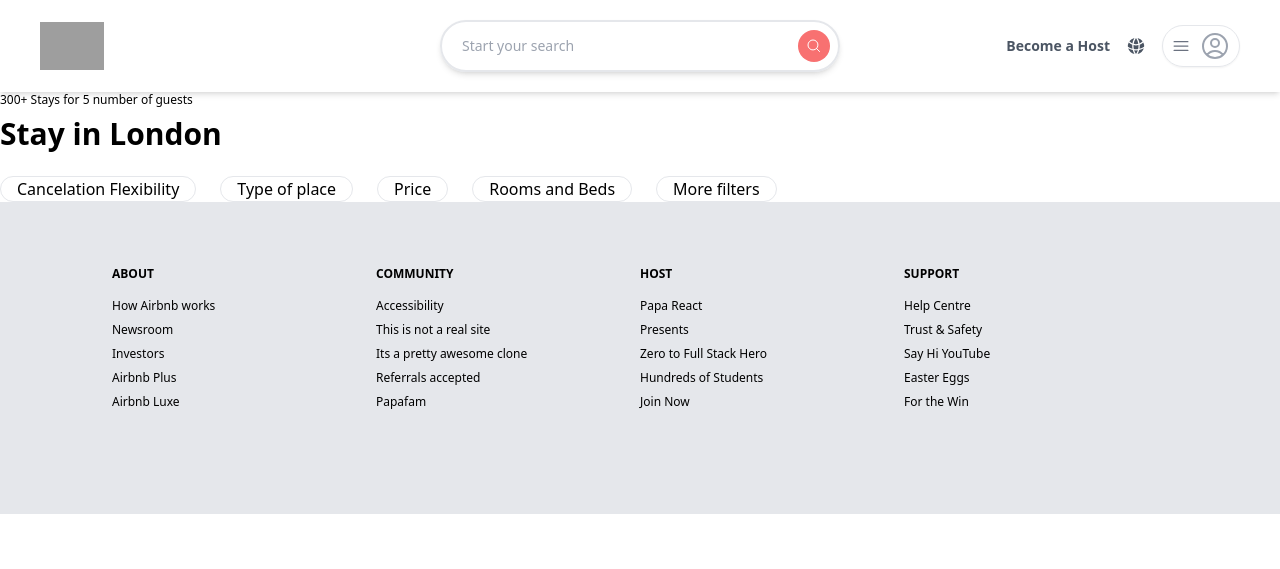
Repository: lakshithapramodya/airbnb
Page: /search
These files come from the project's save history. The page is drawn as it stood at one moment and after the next save; the edit follows.
The browser window is 1280 px wide. The pictures show the whole page.
Pictures or frames that could not be fetched are drawn as grey boxes. The project was rebuilt for these pictures with package versions that can differ from the ones it lists, and the page was loaded fresh each time. The framework's server and built-in components were replaced by stand-ins that run in the browser. Also part of the build but not shown: next.config.js.

Above is the page before, as saved 2022-10-19 12:37:43.

After the next save:
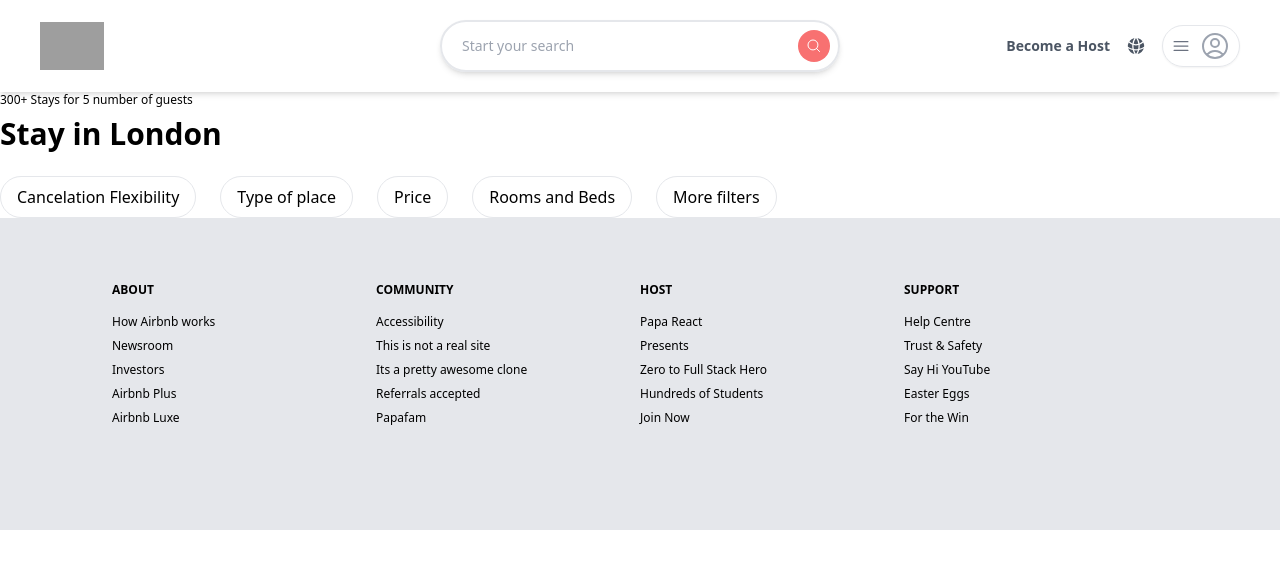
Saved 12 s later.
--- a/pages/search.js
+++ b/pages/search.js
@@ -13,11 +13,13 @@
           <h1 className="font-semibold text-3xl mt-2 mb-6">Stay in London</h1>
 
           <div className="space-x-6 hidden md:inline-flex">
-            <p className="border rounded-full px-4">Cancelation Flexibility</p>
-            <p className="border rounded-full px-4">Type of place</p>
-            <p className="border rounded-full px-4">Price</p>
-            <p className="border rounded-full px-4">Rooms and Beds</p>
-            <p className="border rounded-full px-4">More filters</p>
+            <p className="border rounded-full px-4 py-2">
+              Cancelation Flexibility
+            </p>
+            <p className="border rounded-full px-4 py-2">Type of place</p>
+            <p className="border rounded-full px-4 py-2">Price</p>
+            <p className="border rounded-full px-4 py-2">Rooms and Beds</p>
+            <p className="border rounded-full px-4 py-2">More filters</p>
           </div>
         </section>
       </main>
